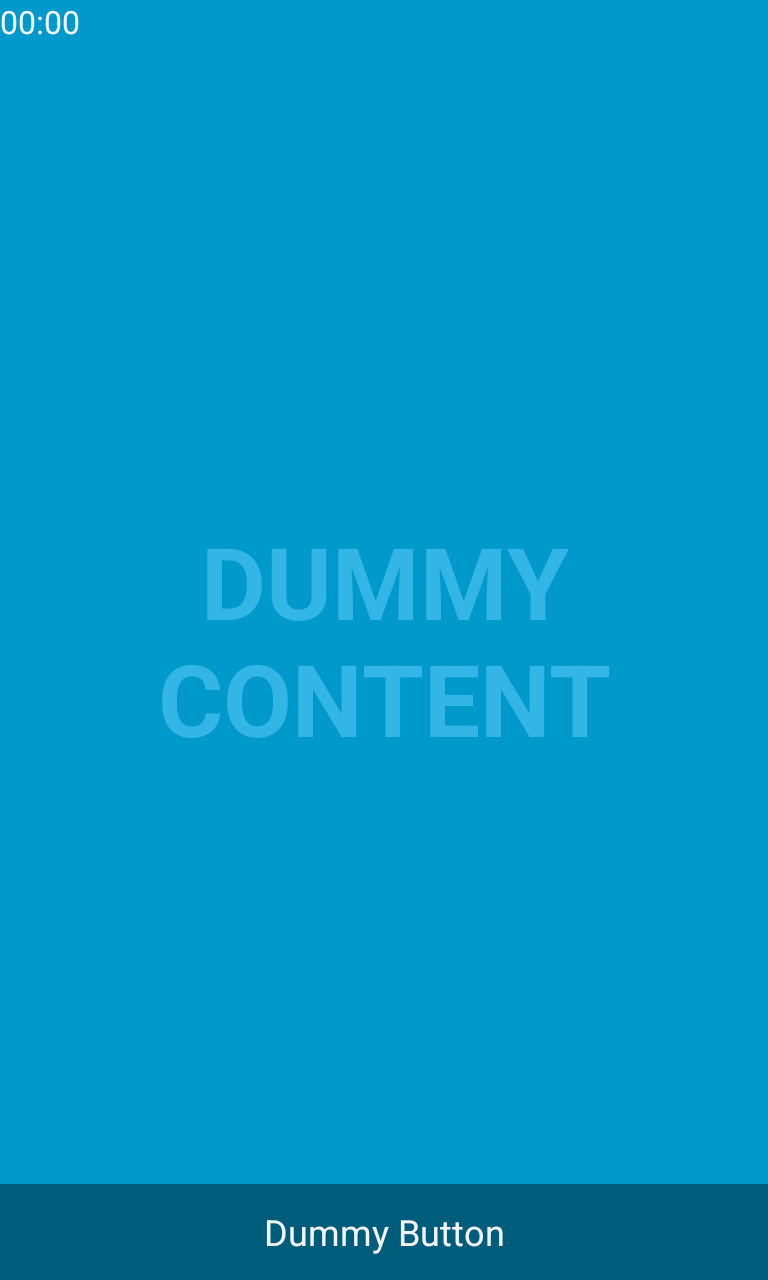
Repository: sebrockm/recuti
Layout: Recuti/res/layout/activity_main.xml
The author's editor kept a copy of each file at every save. The layout is drawn from the files as they stood at one save, then again after the next save.
It is drawn on a 768 x 1280 px phone screen (xhdpi) without system bars, with theme FullscreenTheme; the app's code is not run.

Above is the layout before, as saved 2014-06-12 23:06:18.

After the next save:
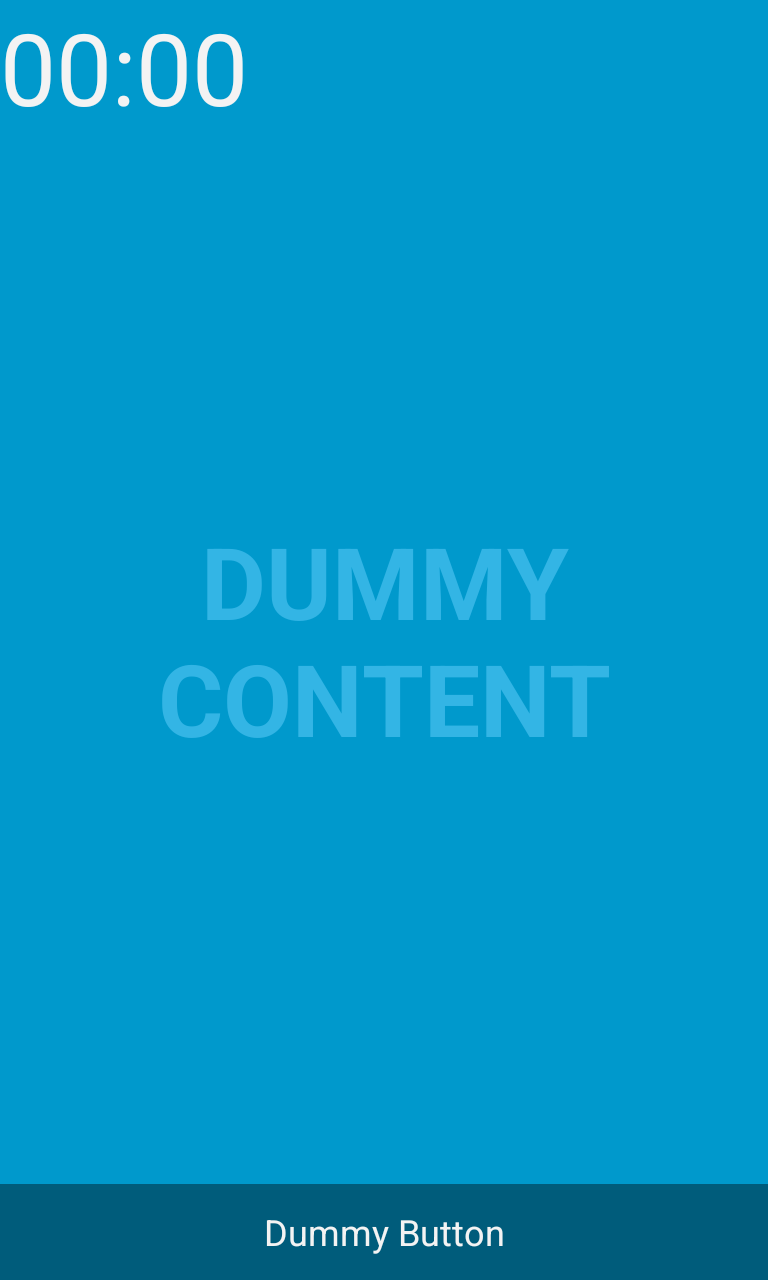
Saved 4 min 30 s later.
--- a/Recuti/res/layout/activity_main.xml
+++ b/Recuti/res/layout/activity_main.xml
@@ -61,7 +61,11 @@
                 android:layout_width="match_parent"
                 android:layout_height="wrap_content"
                 android:layout_weight="1.28"
-                android:text="Chronometer" />
+                android:gravity="top"
+                android:text="Chronometer"
+                android:textSize="50sp"
+                android:visibility="visible" />
+
         </LinearLayout>
 
     </FrameLayout>
